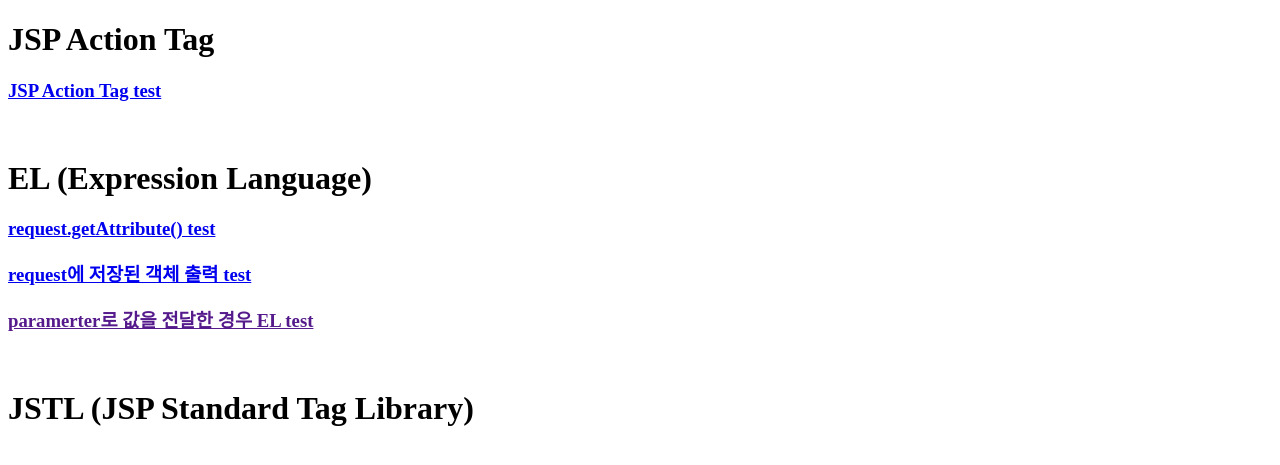
Repository: Joehyunhee/06_jsp
Page: http://localhost/chap02-el-jstl/
An editor plug-in stored every save of this project. The page is shown before and after a run of saves, followed by the edit.
The browser window is 1280 px wide. The pictures show the whole page.
The page is served by Tomcat 10.

Above is the page before, as saved 2024-06-10 05:44:24.

After the next 2 saves:
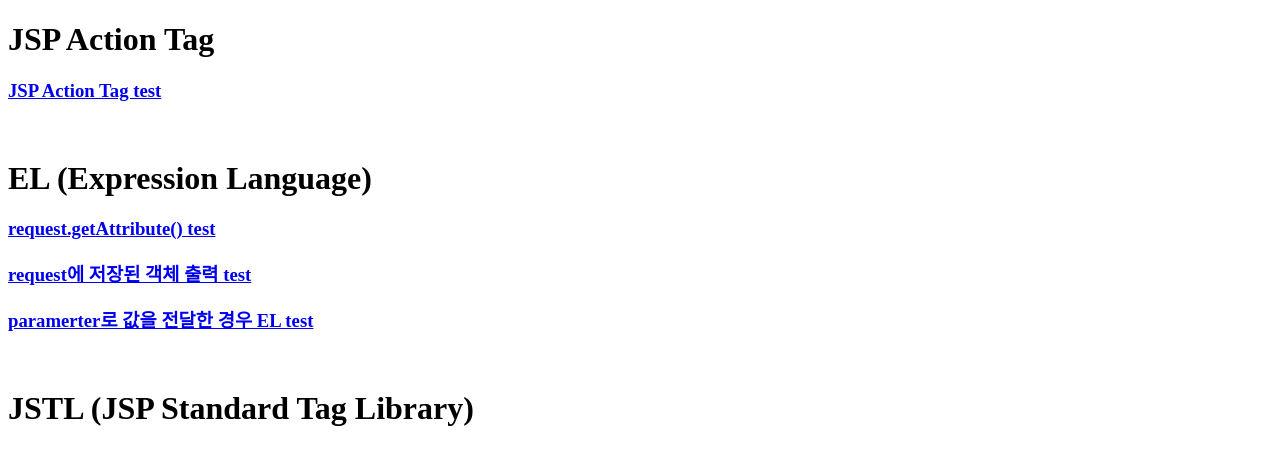
The 2 saves are shown as one change because they came seconds apart.
The last was saved 52 s later.
--- a/chap02-el-jstl/src/main/webapp/index.jsp
+++ b/chap02-el-jstl/src/main/webapp/index.jsp
@@ -15,7 +15,7 @@
 	<h1>EL (Expression Language)</h1>
 	<h3><a href="test1">request.getAttribute() test</a></h3>
 	<h3><a href="test2">request에 저장된 객체 출력 test</a></h3>
-	<h3><a href="">paramerter로 값을 전달한 경우 EL test</a></h3>
+	<h3><a href="views/el/test3.jsp?">paramerter로 값을 전달한 경우 EL test</a></h3>
 
 	<br>
 
